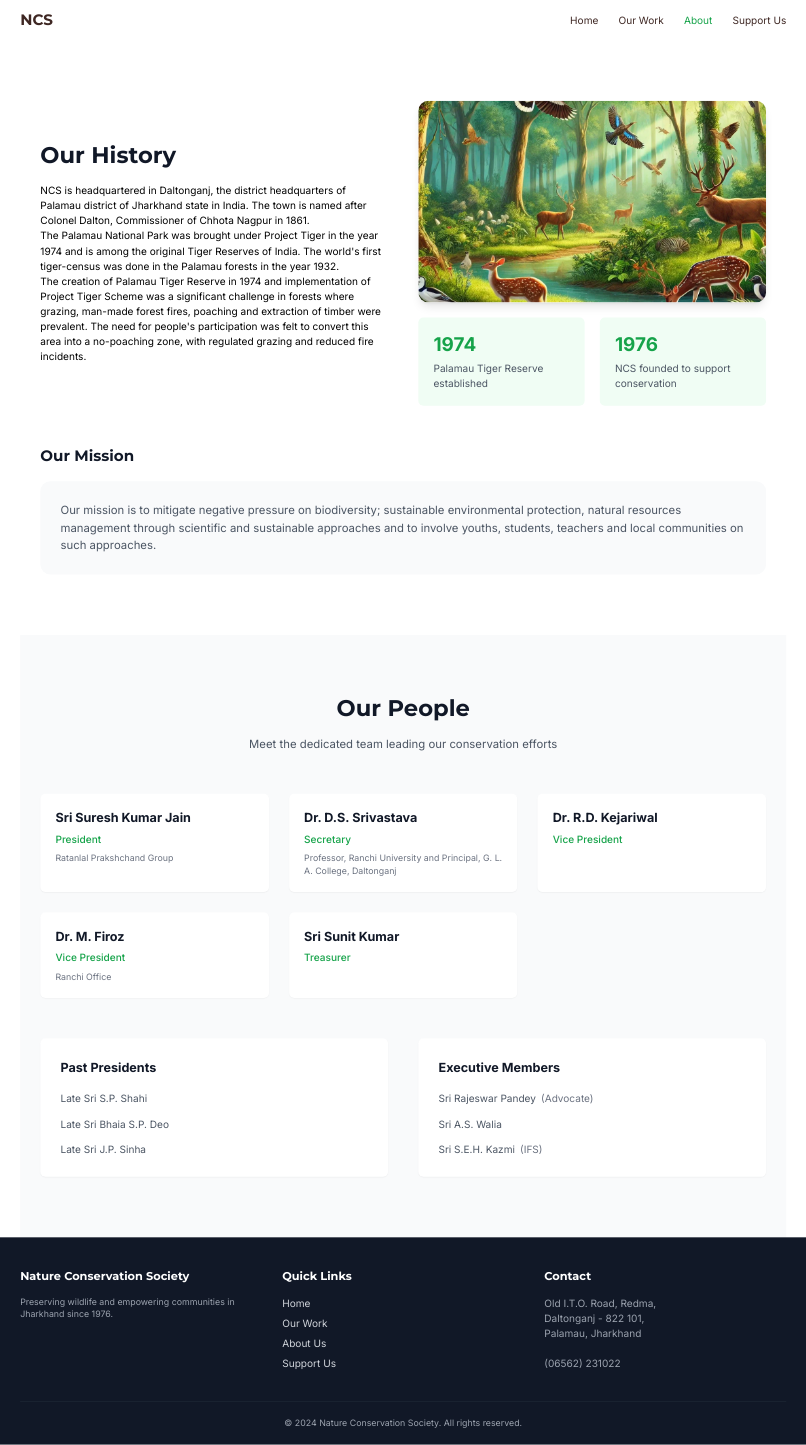
Repository: AgnayS/NCS-Website
Page: /about
The author's editor kept a copy of each file at every save. The page is drawn from the files as they stood at one save, then again after the next save.
The browser window is 1280 px wide. The pictures show the whole page, at 63% of full size.
The project was rebuilt for these pictures with package versions that can differ from the ones it lists, and the page was loaded fresh each time. The framework's server and built-in components were replaced by stand-ins that run in the browser. Also part of the build but not shown: next.config.js.

Above is the page before, as saved 2024-12-07 10:37:31.

### src/app/layout.tsx
import './globals.css'
import { Inter, Montserrat } from 'next/font/google'
import { Footer } from '@/components/layout/Footer'

const inter = Inter({
  subsets: ['latin'],
  display: 'swap',
  variable: '--font-inter',
})

const montserrat = Montserrat({
  subsets: ['latin'],
  display: 'swap',
  variable: '--font-montserrat',
})

export const metadata = {
  title: 'Nature Conservation Society',
  description: 'Preserving wildlife and empowering communities since 1976',
}

export default function RootLayout({
  children,
}: {
  children: React.ReactNode
}) {
  return (
    <html lang="en" className={`${inter.variable} ${montserrat.variable}`}>
      <body className="bg-white">
        <div className="min-h-screen flex flex-col">
          <main className="flex-grow">
            {children}
          </main>
          <Footer />
        </div>
      </body>
    </html>
  )
}

### src/app/about/page.tsx
import { Header } from '@/components/layout/Header'
import { History } from '@/components/sections/about/History'
import { Team } from '@/components/sections/about/Team'
import { Container } from '@/components/ui/Container'

export const metadata = {
  title: 'About | Nature Conservation Society',
  description: 'Learn about NCS\'s history, mission, and the team behind our conservation efforts.',
}

export default function AboutPage() {
  return (
    <>
      <Header />
      <main className="pt-16">
        <Container>
          <History />
          <Team />
        </Container>
      </main>
    </>
  )
}

### src/app/globals.css
@import 'tailwindcss/base';
@import 'tailwindcss/components';
@import 'tailwindcss/utilities';

@layer base {
  :root {
    --background: 0 0% 100%;
    --foreground: 222.2 84% 4.9%;
  }
}

@layer base {
  html {
    scroll-behavior: smooth;
  }

}

@layer utilities {
  .text-balance {
    text-wrap: balance;
  }
}

### src/components/layout/Footer.tsx
import Link from 'next/link'
import { Container } from '@/components/ui/Container'

export function Footer() {
  return (
    <footer className="bg-gray-900 text-gray-300">
      <Container>
        <div className="py-12">
          <div className="grid grid-cols-1 md:grid-cols-3 gap-8">
            {/* About */}
            <div>
              <h3 className="text-white font-display font-bold text-lg mb-4">
                Nature Conservation Society
              </h3>
              <p className="text-gray-400 text-sm">
                Preserving wildlife and empowering communities in Jharkhand since 1976.
              </p>
            </div>

            {/* Quick Links */}
            <div>
              <h3 className="text-white font-display font-bold text-lg mb-4">
                Quick Links
              </h3>
              <ul className="space-y-2">
                <li>
                  <Link href="/" className="hover:text-white transition-colors">
                    Home
                  </Link>
                </li>
                <li>
                  <Link href="/our-work" className="hover:text-white transition-colors">
                    Our Work
                  </Link>
                </li>
                <li>
                  <Link href="/about" className="hover:text-white transition-colors">
                    About Us
                  </Link>
                </li>
                <li>
                  <Link href="/support-us" className="hover:text-white transition-colors">
                    Support Us
                  </Link>
                </li>
              </ul>
            </div>

            {/* Contact */}
            <div>
              <h3 className="text-white font-display font-bold text-lg mb-4">
                Contact
              </h3>
              <address className="text-gray-400 not-italic">
                Old I.T.O. Road, Redma,<br />
                Daltonganj - 822 101,<br />
                Palamau, Jharkhand<br /><br />
                <a href="tel:+916562231022" className="hover:text-white transition-colors">
                  (06562) 231022
                </a>
              </address>
            </div>
          </div>
        </div>

        {/* Bottom Bar */}
        <div className="border-t border-gray-800 py-6">
          <div className="text-center text-sm text-gray-400">
            © {new Date().getFullYear()} Nature Conservation Society. All rights reserved.
          </div>
        </div>
      </Container>
    </footer>
  )
}

### src/components/layout/Header.tsx
'use client'

import { useState, useEffect } from 'react'
import Link from 'next/link'
import { usePathname } from 'next/navigation'
import { Menu, X } from 'lucide-react'

const navigation = [
  { name: 'Home', href: '/' },
  { name: 'Our Work', href: '/our-work' },
  { name: 'About', href: '/about' },
  { name: 'Support Us', href: '/support-us' },
]

export function Header() {
  const [isScrolled, setIsScrolled] = useState(false)
  const [isMobileMenuOpen, setIsMobileMenuOpen] = useState(false)
  const pathname = usePathname()

  // Check if we're on a page without a dark hero section
  const isLightPage = pathname === '/about'

  useEffect(() => {
    const handleScroll = () => {
      setIsScrolled(window.scrollY > 10)
    }
    window.addEventListener('scroll', handleScroll)
    return () => window.removeEventListener('scroll', handleScroll)
  }, [])

  return (
    <header
      className={`fixed w-full z-50 transition-all duration-300 ${
        isScrolled ? 'bg-white/90 backdrop-blur-md shadow-sm' : 'bg-transparent'
      }`}
    >
      <nav className="container mx-auto px-4 sm:px-6 lg:px-8">
        <div className="flex items-center justify-between h-16">
          <Link
            href="/"
            className={`font-display font-bold text-2xl transition-colors ${
              isScrolled
                ? 'text-primary-900'
                : isLightPage
                  ? 'text-[#3E2723]' // Chocolate brown color
                  : 'text-white'
            }`}
          >
            NCS
          </Link>

          {/* Desktop navigation */}
          <div className="hidden md:flex md:items-center md:space-x-8">
            {navigation.map((item) => (
              <Link
                key={item.href}
                href={item.href}
                className={`${
                  pathname === item.href
                    ? 'text-primary-600'
                    : isScrolled
                      ? 'text-gray-600 hover:text-primary-600'
                      : isLightPage
                        ? 'text-[#3E2723] hover:text-primary-600' // Chocolate brown color
                        : 'text-white hover:text-primary-200'
                } transition-colors`}
              >
                {item.name}
              </Link>
            ))}
          </div>

          {/* Mobile menu button */}
          <div className="md:hidden">
            <button
              onClick={() => setIsMobileMenuOpen(!isMobileMenuOpen)}
              className={`p-2 rounded-md ${
                isScrolled || isLightPage
                  ? 'text-[#3E2723]' // Chocolate brown color
                  : 'text-white'
              }`}
            >
              <span className="sr-only">Open menu</span>
              {isMobileMenuOpen ? (
                <X className="h-6 w-6" />
              ) : (
                <Menu className="h-6 w-6" />
              )}
            </button>
          </div>
        </div>

        {/* Mobile menu */}
        {isMobileMenuOpen && (
          <div className="md:hidden">
            <div className="pt-2 pb-3 space-y-1">
              {navigation.map((item) => (
                <Link
                  key={item.href}
                  href={item.href}
                  className={`block px-3 py-2 rounded-md text-base font-medium ${
                    pathname === item.href
                      ? 'bg-primary-50 text-primary-600'
                      : 'text-gray-600 hover:bg-primary-50 hover:text-primary-600'
                  }`}
                  onClick={() => setIsMobileMenuOpen(false)}
                >
                  {item.name}
                </Link>
              ))}
            </div>
          </div>
        )}
      </nav>
    </header>
  )
}

### src/components/sections/about/History.tsx
'use client'

import { useState, useEffect } from 'react'
import Image from 'next/image'
import { Container } from '../../ui/Container'

export function History() {
  const [isVisible, setIsVisible] = useState(false)

  useEffect(() => {
    setIsVisible(true)
  }, [])

  return (
    <section className="py-24">
      <Container>
        <div className={`grid grid-cols-1 lg:grid-cols-2 gap-12 items-center transition-all duration-1000 ease-out ${
          isVisible ? 'opacity-100 translate-y-0' : 'opacity-0 translate-y-4'
        }`}>
          <div>
            <h1 className="text-4xl font-display font-bold text-gray-900 mb-6">
              Our History
            </h1>
            <div className="prose prose-lg">
              <p>
                NCS is headquartered in Daltonganj, the district headquarters of Palamau
                district of Jharkhand state in India. The town is named after Colonel
                Dalton, Commissioner of Chhota Nagpur in 1861.
              </p>
              <p>
                The Palamau National Park was brought under Project Tiger in the year
                1974 and is among the original Tiger Reserves of India. The world's
                first tiger-census was done in the Palamau forests in the year 1932.
              </p>
              <p>
                The creation of Palamau Tiger Reserve in 1974 and implementation of
                Project Tiger Scheme was a significant challenge in forests where
                grazing, man-made forest fires, poaching and extraction of timber were
                prevalent. The need for people's participation was felt to convert this
                area into a no-poaching zone, with regulated grazing and reduced fire
                incidents.
              </p>
            </div>
          </div>

          <div className="space-y-6">
            <div className="relative h-80 rounded-2xl overflow-hidden shadow-lg">
              <Image
                src="/images/conservation/biodiversity.webp"
                alt="Palamau National Park"
                fill
                className="object-cover"
                sizes="(min-width: 1024px) 50vw, 100vw"
              />
            </div>

            <div className="grid grid-cols-2 gap-6">
              <div className={`bg-primary-50 rounded-lg p-6 transition-all duration-700 ease-out ${
                isVisible ? 'opacity-100 translate-y-0' : 'opacity-0 translate-y-4'
              }`} style={{ transitionDelay: '200ms' }}>
                <div className="text-3xl font-bold text-primary-600 mb-2">1974</div>
                <div className="text-gray-600">Palamau Tiger Reserve established</div>
              </div>
              <div className={`bg-primary-50 rounded-lg p-6 transition-all duration-700 ease-out ${
                isVisible ? 'opacity-100 translate-y-0' : 'opacity-0 translate-y-4'
              }`} style={{ transitionDelay: '300ms' }}>
                <div className="text-3xl font-bold text-primary-600 mb-2">1976</div>
                <div className="text-gray-600">NCS founded to support conservation</div>
              </div>
            </div>
          </div>
        </div>

        <div className={`mt-16 transition-all duration-1000 ease-out ${
          isVisible ? 'opacity-100 translate-y-0' : 'opacity-0 translate-y-4'
        }`} style={{ transitionDelay: '400ms' }}>
          <h2 className="text-2xl font-display font-bold text-gray-900 mb-6">
            Our Mission
          </h2>
          <div className="bg-gray-50 rounded-2xl p-8">
            <p className="text-lg text-gray-600">
              Our mission is to mitigate negative pressure on biodiversity; sustainable
              environmental protection, natural resources management through scientific
              and sustainable approaches and to involve youths, students, teachers and
              local communities on such approaches.
            </p>
          </div>
        </div>
      </Container>
    </section>
  )
}

### src/components/sections/about/Team.tsx
'use client'

import { useState, useEffect } from 'react'
import { Container } from '../../ui/Container'

const leadership = {
  current: [
    {
      name: 'Sri Suresh Kumar Jain',
      role: 'President',
      org: 'Ratanlal Prakshchand Group'
    },
    {
      name: 'Dr. D.S. Srivastava',
      role: 'Secretary',
      org: 'Professor, Ranchi University and Principal, G. L. A. College, Daltonganj'
    },
    {
      name: 'Dr. R.D. Kejariwal',
      role: 'Vice President'
    },
    {
      name: 'Dr. M. Firoz',
      role: 'Vice President',
      org: 'Ranchi Office'
    },
    {
      name: 'Sri Sunit Kumar',
      role: 'Treasurer'
    }
  ],
  pastPresidents: [
    'Late Sri S.P. Shahi',
    'Late Sri Bhaia S.P. Deo',
    'Late Sri J.P. Sinha'
  ],
  executiveMembers: [
    {
      name: 'Sri Rajeswar Pandey',
      role: 'Advocate'
    },
    {
      name: 'Sri A.S. Walia',
    },
    {
      name: 'Sri S.E.H. Kazmi',
      role: 'IFS'
    }
  ]
}

export function Team() {
  const [isVisible, setIsVisible] = useState(false)

  useEffect(() => {
    setIsVisible(true)
  }, [])

  return (
    <section className="py-24 bg-gray-50">
      <Container>
        <div className="text-center mb-16">
          <h2 className={`text-3xl sm:text-4xl font-display font-bold text-gray-900 mb-6 transition-all duration-700 ${
            isVisible ? 'opacity-100 translate-y-0' : 'opacity-0 translate-y-4'
          }`}>
            Our People
          </h2>
          <p className={`text-lg text-gray-600 max-w-3xl mx-auto transition-all duration-700 ${
            isVisible ? 'opacity-100 translate-y-0' : 'opacity-0 translate-y-4'
          }`} style={{ transitionDelay: '100ms' }}>
            Meet the dedicated team leading our conservation efforts
          </p>
        </div>

        <div className="grid grid-cols-1 md:grid-cols-2 lg:grid-cols-3 gap-8">
          {leadership.current.map((member, index) => (
            <div
              key={member.name}
              className={`bg-white rounded-lg shadow-sm p-6 transition-all duration-500 ${
                isVisible ? 'opacity-100 translate-y-0' : 'opacity-0 translate-y-4'
              }`}
              style={{ transitionDelay: `${index * 100}ms` }}
            >
              <h3 className="text-xl font-bold text-gray-900 mb-2">{member.name}</h3>
              <div className="text-primary-600 font-medium mb-2">{member.role}</div>
              {member.org && (
                <div className="text-sm text-gray-500">{member.org}</div>
              )}
            </div>
          ))}
        </div>

        <div className="mt-16 grid grid-cols-1 md:grid-cols-2 gap-12">
          <div className={`bg-white rounded-lg shadow-sm p-8 transition-all duration-700 ${
            isVisible ? 'opacity-100 translate-y-0' : 'opacity-0 translate-y-4'
          }`} style={{ transitionDelay: '600ms' }}>
            <h3 className="text-xl font-bold text-gray-900 mb-6">Past Presidents</h3>
            <ul className="space-y-4">
              {leadership.pastPresidents.map((president) => (
                <li key={president} className="text-gray-600">{president}</li>
              ))}
            </ul>
          </div>

          <div className={`bg-white rounded-lg shadow-sm p-8 transition-all duration-700 ${
            isVisible ? 'opacity-100 translate-y-0' : 'opacity-0 translate-y-4'
          }`} style={{ transitionDelay: '700ms' }}>
            <h3 className="text-xl font-bold text-gray-900 mb-6">Executive Members</h3>
            <ul className="space-y-4">
              {leadership.executiveMembers.map((member) => (
                <li key={member.name} className="text-gray-600">
                  {member.name}
                  {member.role && (
                    <span className="text-gray-500 ml-2">({member.role})</span>
                  )}
                </li>
              ))}
            </ul>
          </div>
        </div>
      </Container>
    </section>
  )
}

### src/components/ui/Container.tsx
interface ContainerProps extends React.HTMLAttributes<HTMLDivElement> {
  children: React.ReactNode
}

export function Container({ children, className = '', ...props }: ContainerProps) {
  return (
    <div
      className={`container mx-auto px-4 sm:px-6 lg:px-8 ${className}`}
      {...props}
    >
      {children}
    </div>
  )
}

### tailwind.config.js
/** @type {import('tailwindcss').Config} */
module.exports = {
  content: [
    './src/**/*.{js,ts,jsx,tsx,mdx}',
  ],
  theme: {
    extend: {
      colors: {
        primary: {
          50: '#f0fdf4',
          100: '#dcfce7',
          200: '#bbf7d0',
          300: '#86efac',
          400: '#4ade80',
          500: '#22c55e',
          600: '#16a34a',
          700: '#15803d',
          800: '#166534',
          900: '#14532d',
        }
      },
      fontFamily: {
        sans: ['var(--font-inter)'],
        display: ['var(--font-montserrat)'],
      },
    },
  },
  plugins: [],
}

After the next save:
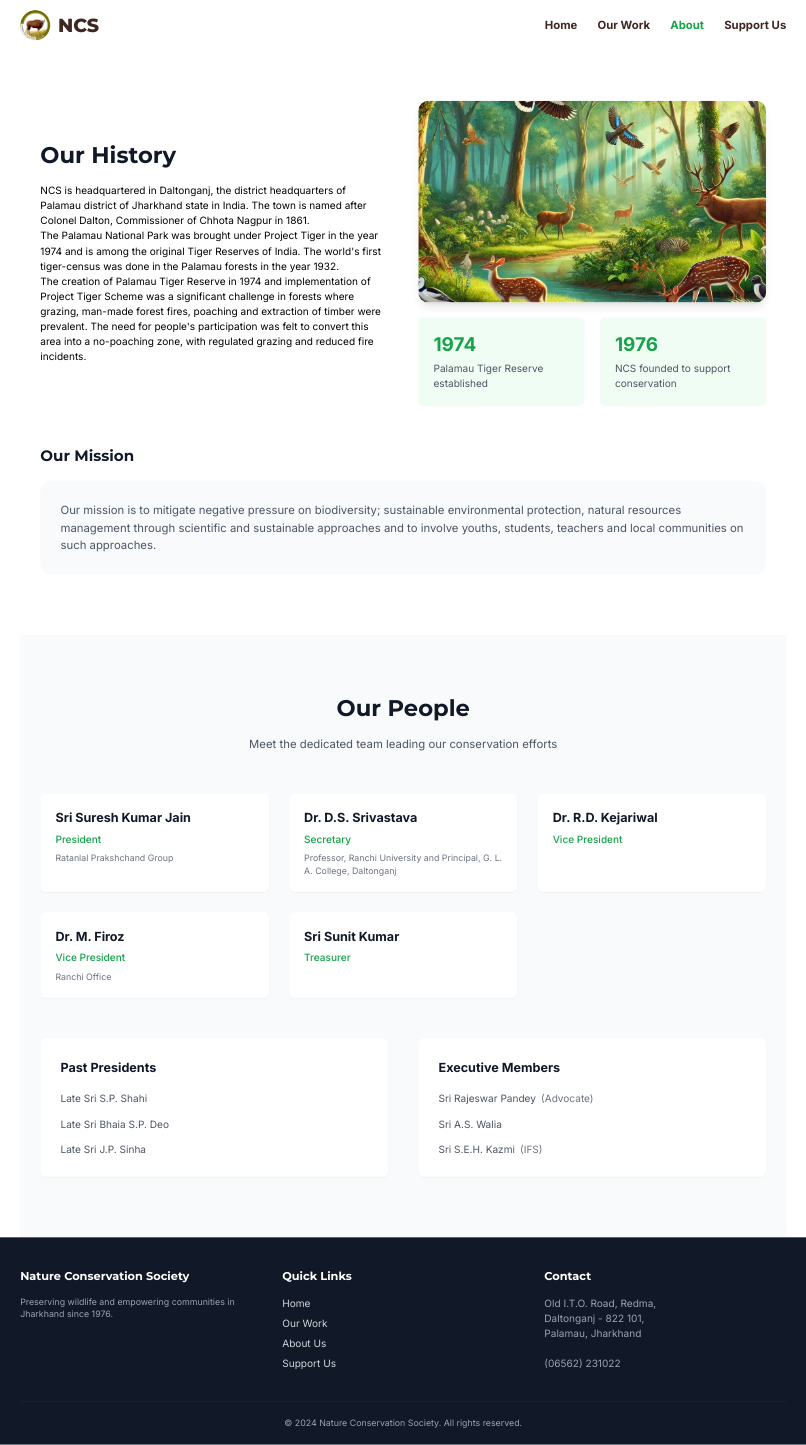
Saved 2 min 7 s later.
--- a/src/components/layout/Header.tsx
+++ b/src/components/layout/Header.tsx
@@ -2,6 +2,7 @@
 
 import { useState, useEffect } from 'react'
 import Link from 'next/link'
+import Image from 'next/image'
 import { usePathname } from 'next/navigation'
 import { Menu, X } from 'lucide-react'
 
@@ -17,7 +18,6 @@ export function Header() {
   const [isMobileMenuOpen, setIsMobileMenuOpen] = useState(false)
   const pathname = usePathname()
 
-  // Check if we're on a page without a dark hero section
   const isLightPage = pathname === '/about'
 
   useEffect(() => {
@@ -35,18 +35,29 @@ export function Header() {
       }`}
     >
       <nav className="container mx-auto px-4 sm:px-6 lg:px-8">
-        <div className="flex items-center justify-between h-16">
+        <div className="flex items-center justify-between h-20"> {/* Increased height */}
           <Link
             href="/"
-            className={`font-display font-bold text-2xl transition-colors ${
+            className="flex items-center space-x-3"
+          >
+            <div className="relative w-12 h-12 rounded-full overflow-hidden"> {/* Logo container */}
+              <Image
+                src="/images/logo/logo.jpg"
+                alt="NCS Logo"
+                fill
+                className="object-cover"
+                sizes="48px"
+              />
+            </div>
+            <span className={`font-display font-extrabold text-3xl transition-colors ${
               isScrolled
                 ? 'text-primary-900'
                 : isLightPage
-                  ? 'text-[#3E2723]' // Chocolate brown color
+                  ? 'text-[#3E2723]'
                   : 'text-white'
-            }`}
-          >
-            NCS
+            }`}>
+              NCS
+            </span>
           </Link>
 
           {/* Desktop navigation */}
@@ -55,13 +66,13 @@ export function Header() {
               <Link
                 key={item.href}
                 href={item.href}
-                className={`${
+                className={`text-lg font-bold ${  // Made text larger and bolder
                   pathname === item.href
                     ? 'text-primary-600'
                     : isScrolled
                       ? 'text-gray-600 hover:text-primary-600'
                       : isLightPage
-                        ? 'text-[#3E2723] hover:text-primary-600' // Chocolate brown color
+                        ? 'text-[#3E2723] hover:text-primary-600'
                         : 'text-white hover:text-primary-200'
                 } transition-colors`}
               >
@@ -76,7 +87,7 @@ export function Header() {
               onClick={() => setIsMobileMenuOpen(!isMobileMenuOpen)}
               className={`p-2 rounded-md ${
                 isScrolled || isLightPage
-                  ? 'text-[#3E2723]' // Chocolate brown color
+                  ? 'text-[#3E2723]'
                   : 'text-white'
               }`}
             >
@@ -98,7 +109,7 @@ export function Header() {
                 <Link
                   key={item.href}
                   href={item.href}
-                  className={`block px-3 py-2 rounded-md text-base font-medium ${
+                  className={`block px-3 py-2 rounded-md text-lg font-bold ${  // Made text larger and bolder
                     pathname === item.href
                       ? 'bg-primary-50 text-primary-600'
                       : 'text-gray-600 hover:bg-primary-50 hover:text-primary-600'
